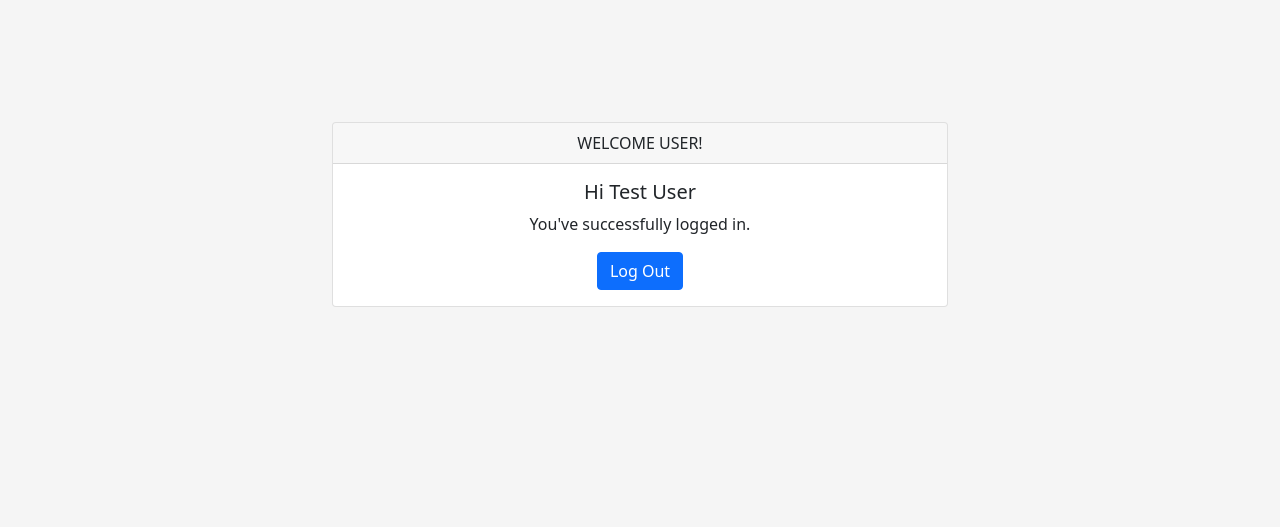
Repository: rabin-bhandari/LOGIN-SIGNUP
Page: http://localhost/welcome.php
An editor plug-in stored every save of this project. The page is shown before and after the next save, followed by the edit.
The browser window is 1280 px wide. The pictures show the whole page.
The page is run by PHP 8.4 with error messages shown; the project is at /var/www/html/. The session is filled in as if someone had signed in: {"email": "test@example.com", "first_name": "Test User", "last_name": "Test User", "id": 1, "admin": 1}. Other server files are loaded and not shown.

Above is the page before, as saved 2022-03-27 20:06:48.

### welcome.php
<?php

session_start();

if (isset($_SESSION['id']) && isset($_SESSION['email'])) {
?>
  <!DOCTYPE html>
  <html lang="en">

  <head>
    <!-- Required meta tags -->
    <meta charset="utf-8" />
    <meta name="viewport" content="width=device-width, initial-scale=1" />

    <!-- Bootstrap CSS -->
    <link href="https://cdn.jsdelivr.net/npm/bootstrap@5.1.3/dist/css/bootstrap.min.css" rel="stylesheet" integrity="sha384-1BmE4kWBq78iYhFldvKuhfTAU6auU8tT94WrHftjDbrCEXSU1oBoqyl2QvZ6jIW3" crossorigin="anonymous" />
    <link rel="stylesheet" href="main.css" />
    <title>Welcome Screen</title>
  </head>
  <?php
  if ($_SESSION['admin'] === 0) {
    echo $_SESSION['admin'];
  ?>

    <body>
      <div class="container">
        <div class="card text-center">
          <div class="card-header">
            WELCOME ADMIN!
          </div>
          <div class="card-body">
            <h5 class="card-title">Hi <?php echo $_SESSION['first_name']; ?></h5>
            <table class="table table-hover">
              <thead CLASS=>
                <tr>
                  <th scope="col">#</th>
                  <th scope="col">First</th>
                  <th scope="col">Last</th>
                  <th scope="col">Handle</th>
                </tr>
              </thead>
              <tbody>
                <tr>
                  <th scope="row">1</th>
                  <td>Mark</td>
                  <td>Otto</td>
                  <td>@mdo</td>
                </tr>
                <tr>
                  <th scope="row">2</th>
                  <td>Jacob</td>
                  <td>Thornton</td>
                  <td>@fat</td>
                </tr>
                <tr>
                  <th scope="row">3</th>
                  <td colspan="2">Larry the Bird</td>
                  <td>@twitter</td>
                </tr>
              </tbody>
            </table>
            <p class="card-text">You've successfully logged in.</p>
            <a href="logout.php" class="btn btn-primary">Log Out</a>
          </div>
        </div>
      </div>
    </body>

  </html>
<?php
  } else {
?>

  <body>
    <div class="container">
      <div class="card text-center">
        <div class="card-header">
          WELCOME USER!
        </div>
        <div class="card-body">
          <h5 class="card-title">Hi <?php echo $_SESSION['first_name']; ?></h5>
          <p class="card-text">You've successfully logged in.</p>
          <a href="logout.php" class="btn btn-primary">Log Out</a>
        </div>
      </div>
    </div>
  </body>

  </html>
<?php

  }
} else {
  header("Location: index.php");
  exit();
}
?>

### main.css
body {
  display: flex;
  justify-content: center;
  align-items: center;
  padding-top: 10vh;
  background-color: #f5f5f5;
}

.container {
  display: table;
  max-width: 50vw;
  margin: 50px auto;
}

.nav-tabs .nav-link {
  margin-bottom: -2px;
}

form {
  padding: 30px;
  background-color: #fff;
}

After the next save:
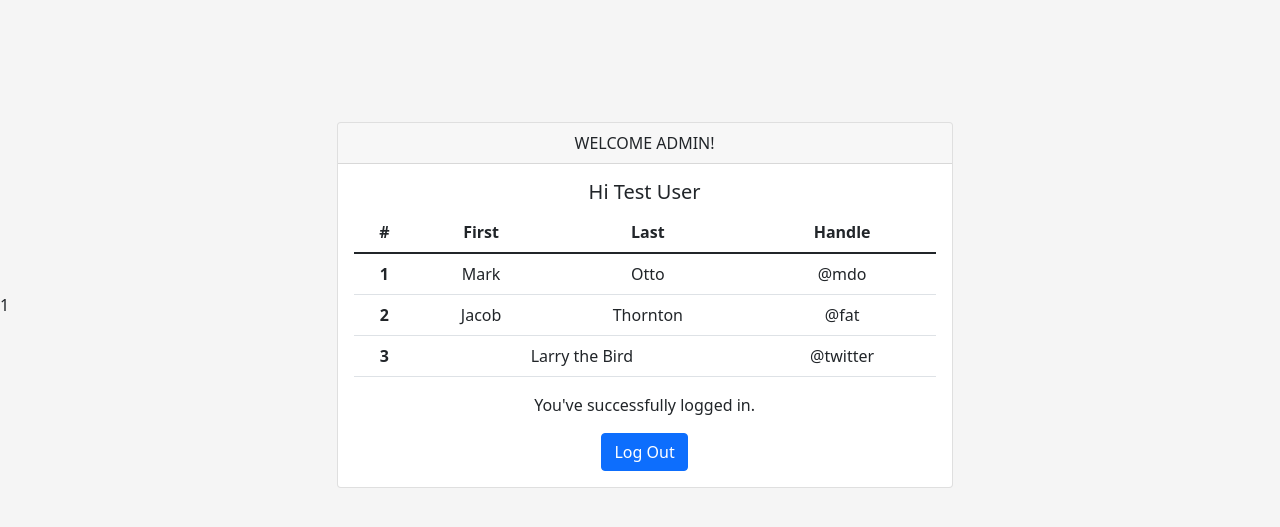
Saved 16 s later.
--- a/welcome.php
+++ b/welcome.php
@@ -18,7 +18,7 @@
     <title>Welcome Screen</title>
   </head>
   <?php
-  if ($_SESSION['admin'] === 0) {
+  if ($_SESSION['admin'] === 1) {
     echo $_SESSION['admin'];
   ?>
 

After the save that followed:
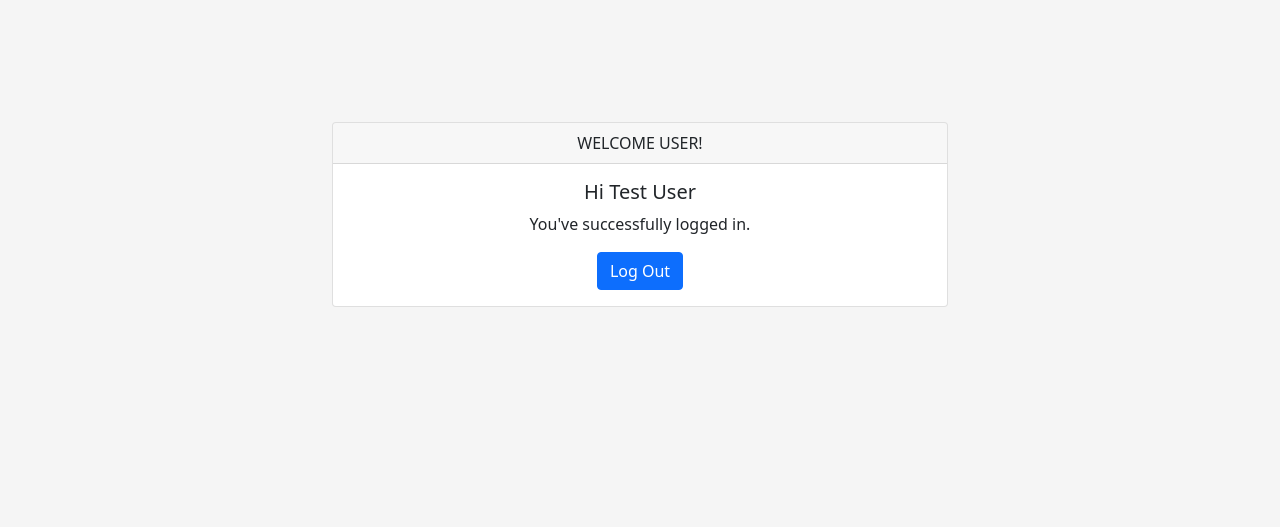
Saved 63 s later.
--- a/welcome.php
+++ b/welcome.php
@@ -18,7 +18,7 @@
     <title>Welcome Screen</title>
   </head>
   <?php
-  if ($_SESSION['admin'] === 1) {
+  if ($_SESSION['admin'] === 0) {
     echo $_SESSION['admin'];
   ?>
 
